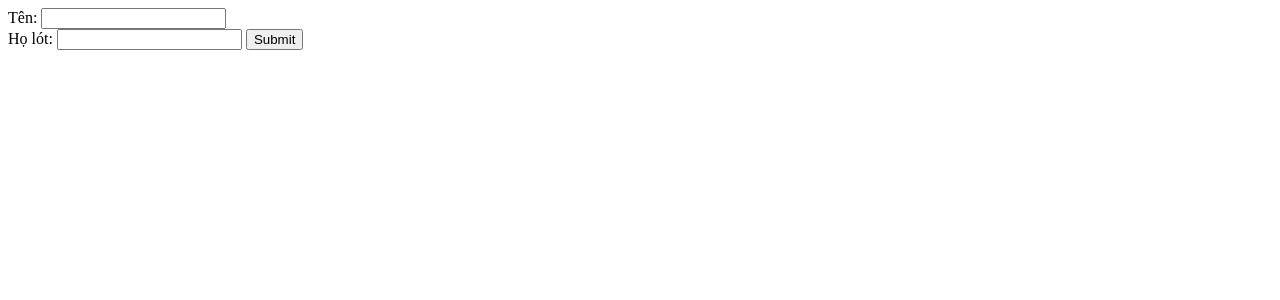
Repository: dangpham258/LapTrinhWeb
Page: BaiTap01/src/main/webapp/login.html
The author's editor kept a copy of each file at every save. The page is drawn from the files as they stood at one save, then again after the next save.
The browser window is 1280 px wide. The pictures show the whole page.

Above is the page before, as saved 2025-08-22 03:26:52.

After the next save:
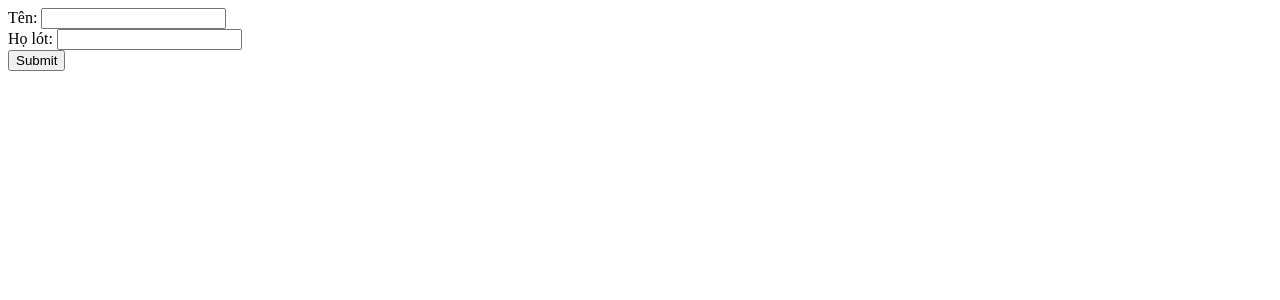
Saved 44 s later.
--- a/BaiTap01/src/main/webapp/login.html
+++ b/BaiTap01/src/main/webapp/login.html
@@ -5,10 +5,12 @@
     <title>Form nhập thông tin</title>
 </head>
 <body>
-	<form action="createcookie" method="GET">
-		Tên: <input type="text" name="ten"> <br />
-		Họ lót:
-		<input type="text" name="holot" /> <input type="submit" value="Submit" />
+	<form action="home" method="GET">
+		Tên: <input type="text" name="ten" /> <br />
+		Họ lót: <input
+			type="text" name="holot" /> <br /> <input type="submit"
+			value="Submit" />
 	</form>
+
 </body>
 </html>
